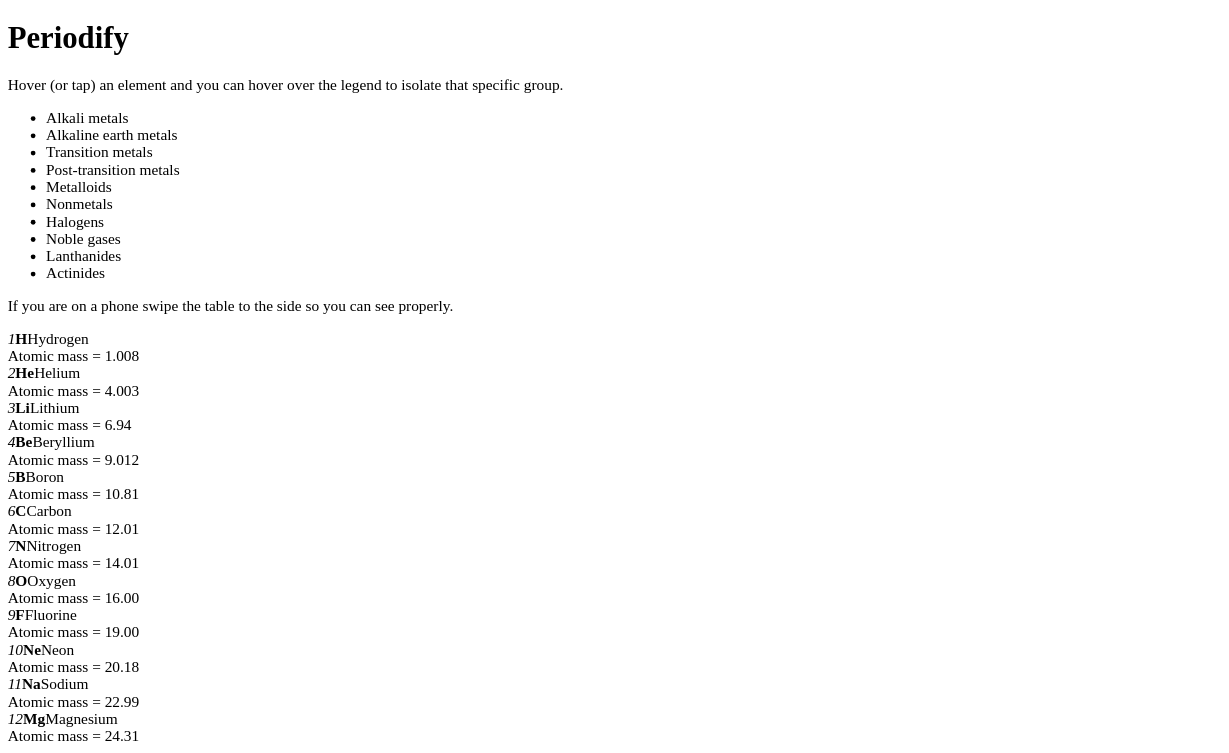
Repository: manayparikh1/Periodify
Page: index.html
The author's editor kept a copy of each file at every save. The page is drawn from the files as they stood at one save, then again after the next save.
The browser window is 1280 px wide. The pictures show the whole page, at 96% of full size.

Above is the page before, as saved 2026-10-11 22:17:52.

### index.html
<!DOCTYPE html>
<html lang="en">

<head>
    <meta charset="UTF-8">
    <meta name="viewport" content="width=device-width, initial-scale=1.0">
    <title>Periodify</title>
</head>

<body>
    <!-- === HTML STARTS here===-->
    <header>
        <h1>Period<span>ify</span></h1>
        <p>Hover (or tap) an element and you can hover over the legend to isolate that specific group.</p>
    </header>
    <!-- === Legend === -->
    <ul class="legend">
        <li class="k-ak" style="--c: var(--ak);">Alkali metals</li>
        <li class="k-ae" style="--c: var(--ae);">Alkaline earth metals</li>
        <li class="k-tm" style="--c: var(--tm);">Transition metals</li>
        <li class="k-pt" style="--c: var(--pt);">Post-transition metals</li>
        <li class="k-md" style="--c: var(--md);">Metalloids</li>
        <li class="k-nm" style="--c: var(--nm);">Nonmetals</li>
        <li class="k-hg" style="--c: var(--hg);">Halogens</li>
        <li class="k-hl" style="--c: var(--hl);">Noble gases</li>
        <li class="k-la" style="--c: var(--la);">Lanthanides</li>
        <li class="k-ac" style="--c: var(--ac);">Actinides</li>
    </ul>
    <p class="hint">If you are on a phone swipe the table to the side so you can see properly.</p>
    <div class="scroll">
        <div class="table">

            <!-- The first period -->
            <div class="el nm" tabindex="0"><i>1</i><b>H</b><span>Hydrogen<br>Atomic mass = 1.008</span></div>
            <div class="gap" style="--n:16"></div>
            <!-- Gives a 16 element gap because hydron and helium are not in the same column -->
            <div class="el ng" tabindex="0"><i>2</i><b>He</b><span>Helium<br>Atomic mass = 4.003</span></div>
            <!-- The second period -->
            <div class="el ak" tabindex="0"><i>3</i><b>Li</b><span>Lithium<br>Atomic mass = 6.94</span></div>
            <div class="el ae" tabindex="0"><i>4</i><b>Be</b><span>Beryllium<br>Atomic mass = 9.012</span></div>
            <div class="gap" style="--n:10"></div>
            <div class="el md" tabindex="0"><i>5</i><b>B</b><span>Boron<br>Atomic mass = 10.81</span></div>
            <div class="el nm" tabindex="0"><i>6</i><b>C</b><span>Carbon<br>Atomic mass = 12.01</span></div>
            <div class="el nm" tabindex="0"><i>7</i><b>N</b><span>Nitrogen<br>Atomic mass = 14.01</span></div>
            <div class="el nm" tabindex="0"><i>8</i><b>O</b><span>Oxygen<br>Atomic mass = 16.00</span></div>
            <div class="el hg" tabindex="0"><i>9</i><b>F</b><span>Fluorine<br>Atomic mass = 19.00</span></div>
            <div class="el ng" tabindex="0"><i>10</i><b>Ne</b><span>Neon<br>Atomic mass = 20.18</span></div>
            <!-- The third period -->
            <div class="el ak" tabindex="0"><i>11</i><b>Na</b><span>Sodium<br>Atomic mass = 22.99</span></div>
            <div class="el ae" tabindex="0"><i>12</i><b>Mg</b><span>Magnesium<br>Atomic mass = 24.31</span></div>
            <div class="gap" style="--n:10"></div>

        </div>
    </div>
</body>

















































<style>
    /* the colours */

    :root {
        --bg: #dedfdde9;
        --text: #1c1919;
        --card: #f5f5f5;
        --muted: #a9a9a9;

        --am: #4fa75f;
        /*Alkali metals*/
        --ae: #96773a;
        /*alkaline earth metals*/
        --ac: #765545;
        /*transition metals*/
        --aem: #ffb;
        /*post transition metals*/
        --rnm: rgb(104, 117, 238);
        /*metalloids*/
        --ptt: rgb(189, 153, 210);
        /*halogens*/
        --nm: rgb(234, 121, 121);
        /*non metals*/
        --hl: #bf9b9b;
        /*noble gases*/
        --ng: #f48fb1;
        /*actinades */
        --la: #c0df9d;
        /*lanthanides */

        --wobble: 255px 15px 225px 15px / 15px 225px 15px 255px;
        /*drawn by hand design not accurate rn*/

    }

After the next save:
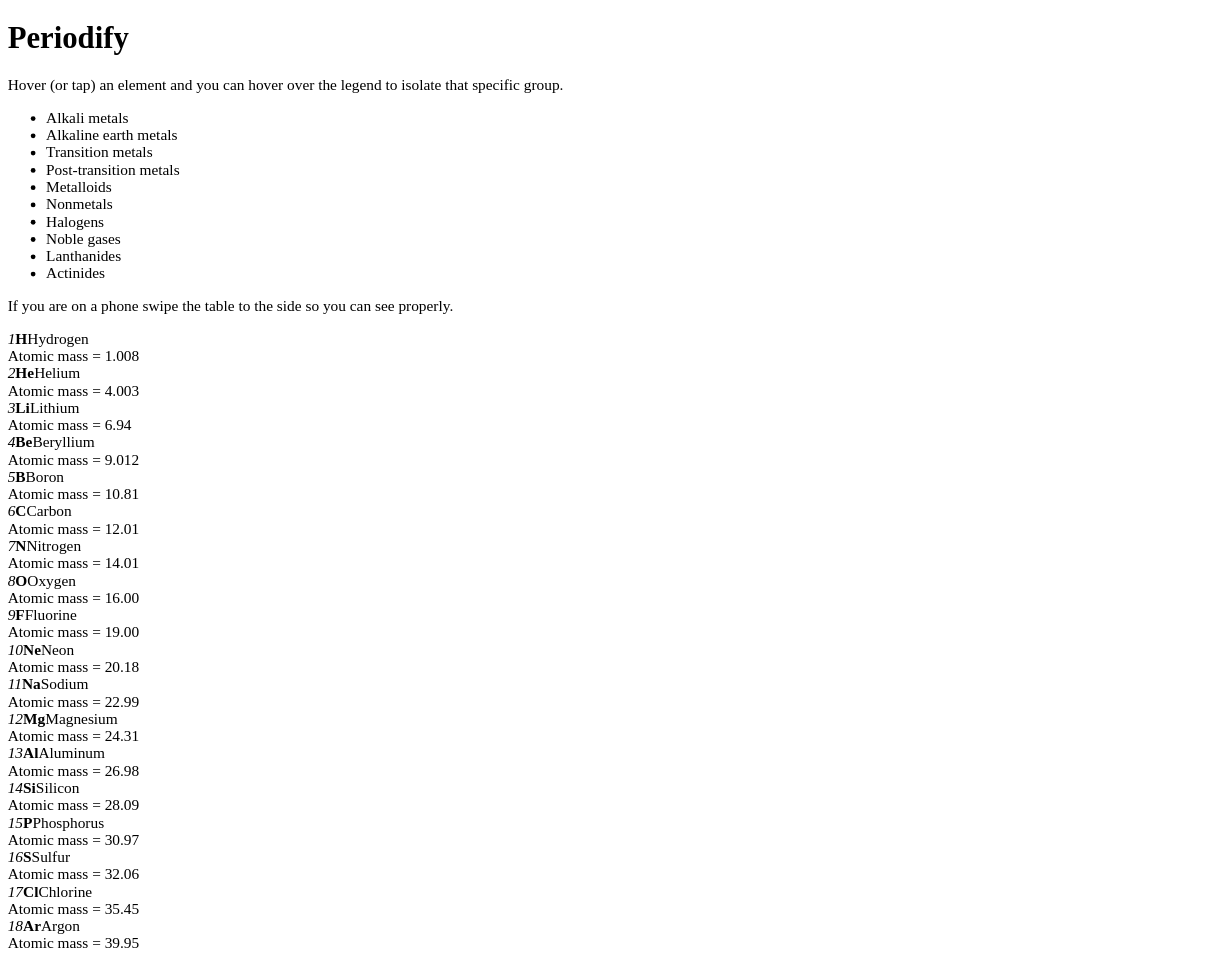
Saved 11 min 25 s later.
--- a/index.html
+++ b/index.html
@@ -49,6 +49,16 @@
             <div class="el ak" tabindex="0"><i>11</i><b>Na</b><span>Sodium<br>Atomic mass = 22.99</span></div>
             <div class="el ae" tabindex="0"><i>12</i><b>Mg</b><span>Magnesium<br>Atomic mass = 24.31</span></div>
             <div class="gap" style="--n:10"></div>
+            <div class="el md" tabindex="0"><i>13</i><b>Al</b><span>Aluminum<br>Atomic mass = 26.98</span></div>
+            <div class="el nm" tabindex="0"><i>14</i><b>Si</b><span>Silicon<br>Atomic mass = 28.09</span></div>
+            <div class="el nm" tabindex="0"><i>15</i><b>P</b><span>Phosphorus<br>Atomic mass = 30.97</span></div>
+            <div class="el nm" tabindex="0"><i>16</i><b>S</b><span>Sulfur<br>Atomic mass = 32.06</span></div>
+            <div class="el hg" tabindex="0"><i>17</i><b>Cl</b><span>Chlorine<br>Atomic mass = 35.45</span></div>
+            <div class="el ng" tabindex="0"><i>18</i><b>Ar</b><span>Argon<br>Atomic mass = 39.95</span></div>
+            <!-- the fourth period -->
+
+
+
 
         </div>
     </div>
